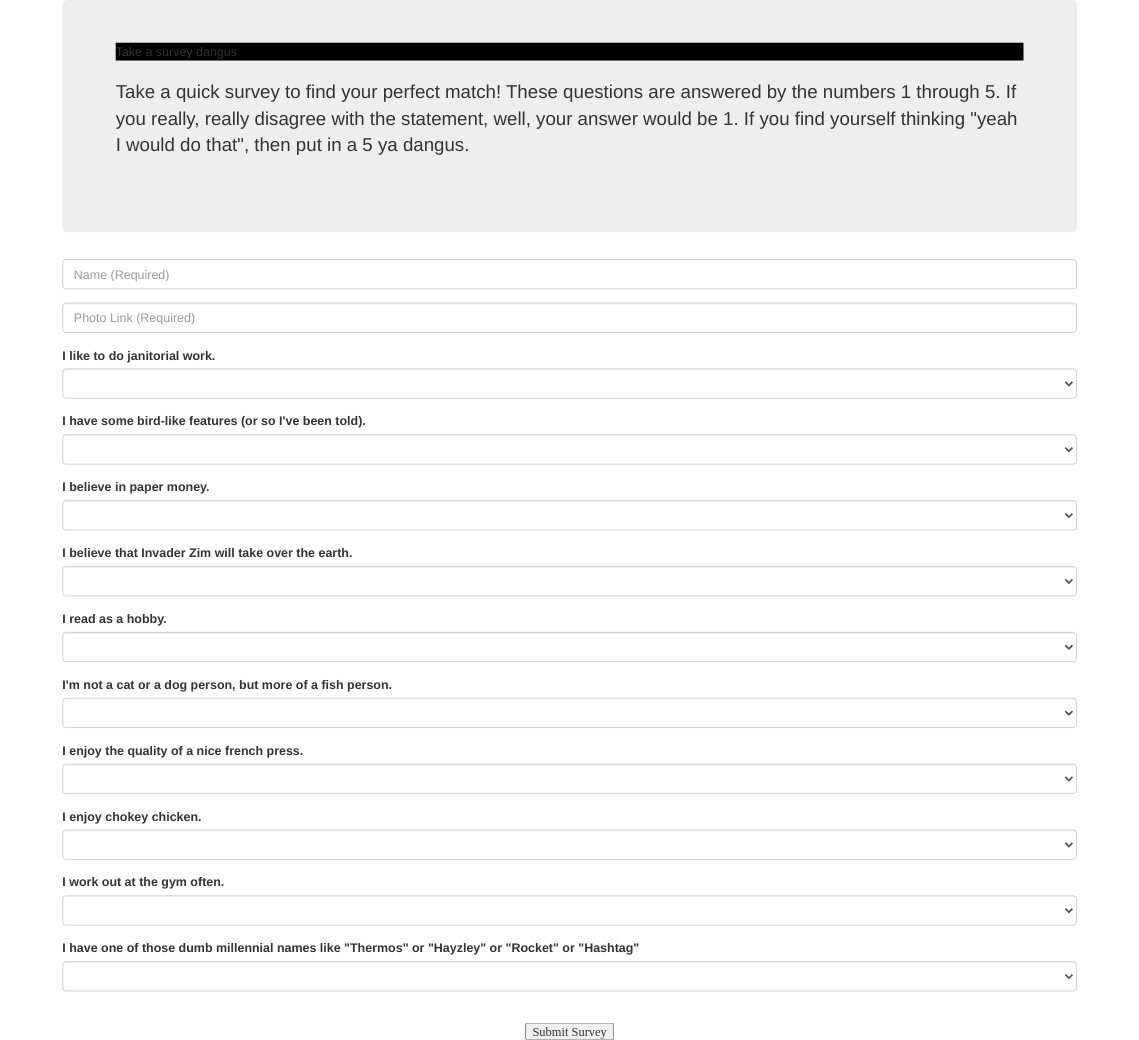
Repository: kcummings1/Mate-Matcher
Page: public/survey.html
The author's editor kept a copy of each file at every save. The page is drawn from the files as they stood at one save, then again after the next save.
The browser window is 1280 px wide. The pictures show the whole page, at 89% of full size.
Some web libraries are served in a nearby version.

Above is the page before, as saved 2019-10-05 13:50:47.
Console error: ReferenceError: config is not defined

After the next save:
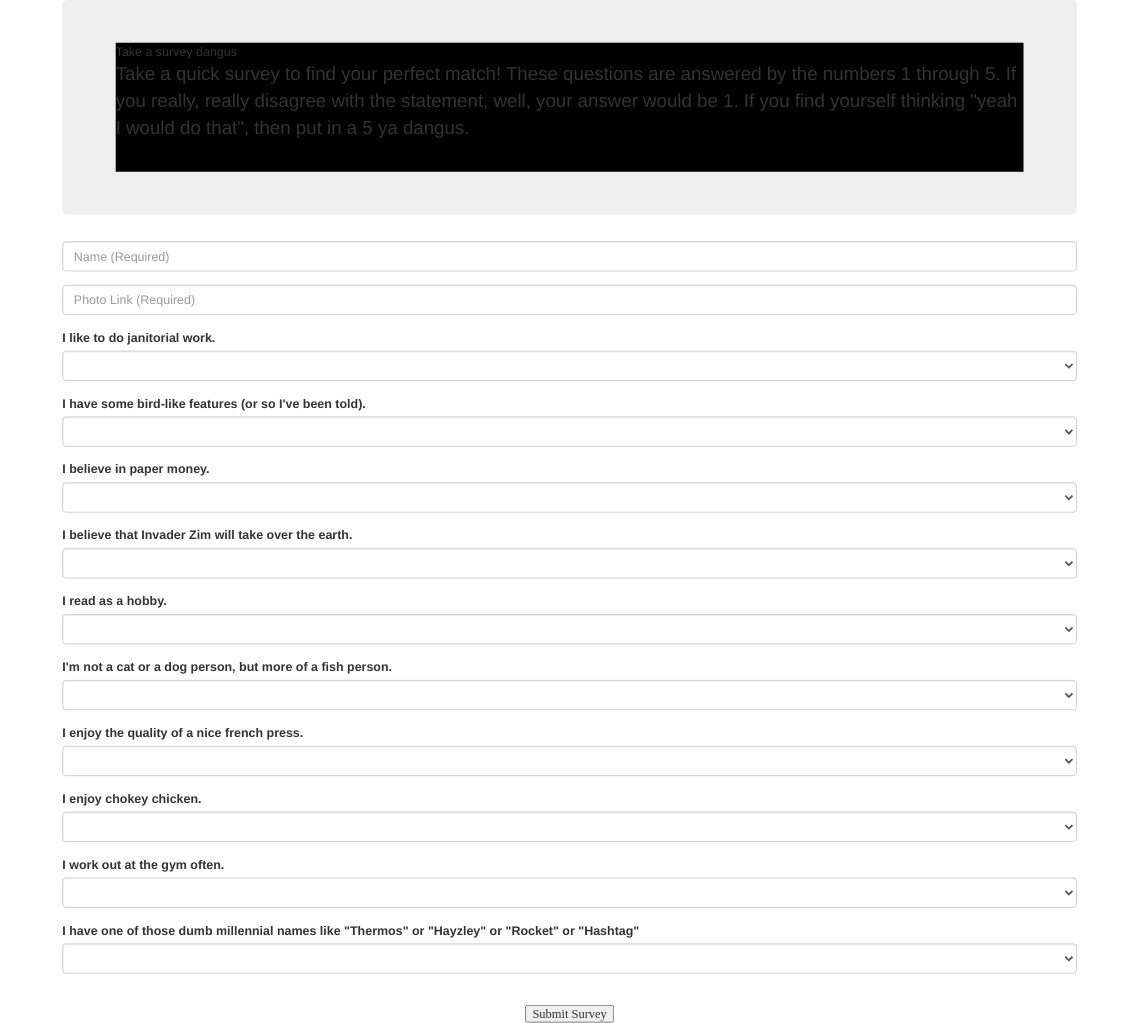
Saved 34 s later.
--- a/public/survey.html
+++ b/public/survey.html
@@ -12,12 +12,13 @@
 
     <div class="container">
         <div class="jumbotron">
-                <div class="title" style="background-color: #000;">Take a survey dangus</div> <br>
+                <div class="title" style="background-color: #000;">Take a survey dangus <br>
             <p>Take a quick survey to find your perfect match! These questions are answered by the numbers 1 through 5.
                 If
                 you really, really disagree with the statement, well, your answer would be 1. If you find yourself
                 thinking
                 "yeah I would do that", then put in a 5 ya dangus.</p> <br>
+                </div>
         </div>
         <form>
             <div class="form-group">
